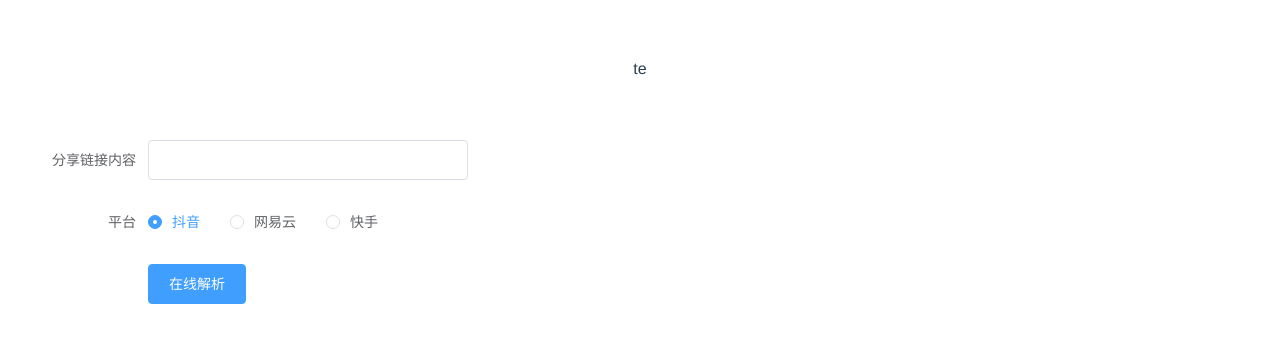
Repository: lyln/freepd
Page: / (app in frontend/freepd/)
The author's editor kept a copy of each file at every save. The page is drawn from the files as they stood at one save, then again after the next save.
The browser window is 1280 px wide. The pictures show the whole page.
The project was rebuilt for these pictures with package versions that can differ from the ones it lists, and the page was loaded fresh each time.

Above is the page before, as saved 2022-05-22 18:23:38.

### frontend/freepd/index.html
<!DOCTYPE html>
<html>
  <head>
    <meta charset="utf-8">
    <meta name="viewport" content="width=device-width,initial-scale=1.0">
    <title>freepd</title>
  </head>
  <body>
    <div id="app"></div>
    <!-- built files will be auto injected -->
  </body>
</html>

### frontend/freepd/src/main.js
// The Vue build version to load with the `import` command
// (runtime-only or standalone) has been set in webpack.base.conf with an alias.
import Vue from 'vue'
import App from './App'
import router from './router'
import ElementUI from 'element-ui';
import 'element-ui/lib/theme-chalk/index.css';

Vue.config.productionTip = false
Vue.use(ElementUI)

/* eslint-disable no-new */
new Vue({
  el: '#app',
  router,
  components: { App },
  template: '<App/>'
})

### frontend/freepd/src/App.vue
<template>
	<div id="app">
		<router-view />
	</div>
</template>

<script>
export default {
	name: 'App',
}
</script>

<style>
#app {
	font-family: 'Avenir', Helvetica, Arial, sans-serif;
	-webkit-font-smoothing: antialiased;
	-moz-osx-font-smoothing: grayscale;
	text-align: center;
	color: #2c3e50;
	margin-top: 60px;
}
</style>

### frontend/freepd/src/components/HelloWorld.vue
<template>
	<el-container>
		<el-header>te</el-header>
		<el-main style="wide: 80%">
			<el-row>
				<el-col :span="24">
					<div class="grid-content bg-purple-dark"></div>

					<el-form ref="form" :model="form" label-width="120px" class="fpd-form">
						<el-form-item label="分享链接内容">
							<el-input v-model="form.url"></el-input>
						</el-form-item>
						<el-form-item label="平台" label-width="120px">
							<el-radio-group v-model="form.type">
								<el-radio :label="1">抖音</el-radio>
								<el-radio :label="2">网易云</el-radio>
								<el-radio :label="3">快手</el-radio>
							</el-radio-group>
						</el-form-item>
						<el-form-item>
							<el-button type="primary" @click="onSubmit">在线解析</el-button>
						</el-form-item>
					</el-form>

				</el-col>
			</el-row>
		</el-main>
	</el-container>

</template>
<script>
export default {
	name: 'HelloWorld',
	data() {
		return {
			msg: 'free parse download',
			form: {
				url: '',
				type: 1,
			},
		}
	},
	methods: {
		onSubmit() {
			console.log('submit!')
		},
	},
}
</script>

<!-- Add "scoped" attribute to limit CSS to this component only -->
<style scoped>
h1,
h2 {
	font-weight: normal;
}
ul {
	list-style-type: none;
	padding: 0;
}
li {
	display: inline-block;
	margin: 0 10px;
}
a {
	color: #42b983;
}
.el-input {
	width: 320px;
}

.fpd-form {
	text-align: left;
}
</style>

Loaded but not shown: frontend/freepd/src/router/index.js (common file)

After the next save:
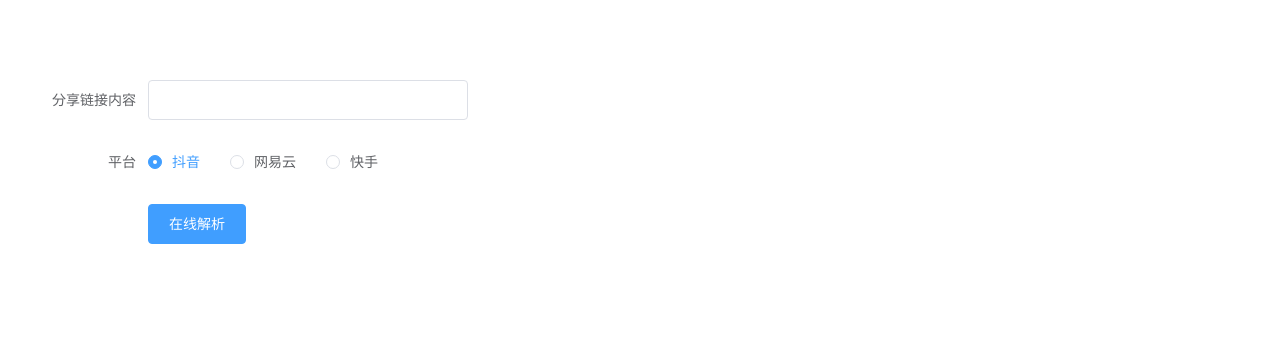
Saved 19 s later.
--- a/frontend/freepd/src/components/HelloWorld.vue
+++ b/frontend/freepd/src/components/HelloWorld.vue
@@ -1,6 +1,5 @@
 <template>
 	<el-container>
-		<el-header>te</el-header>
 		<el-main style="wide: 80%">
 			<el-row>
 				<el-col :span="24">
